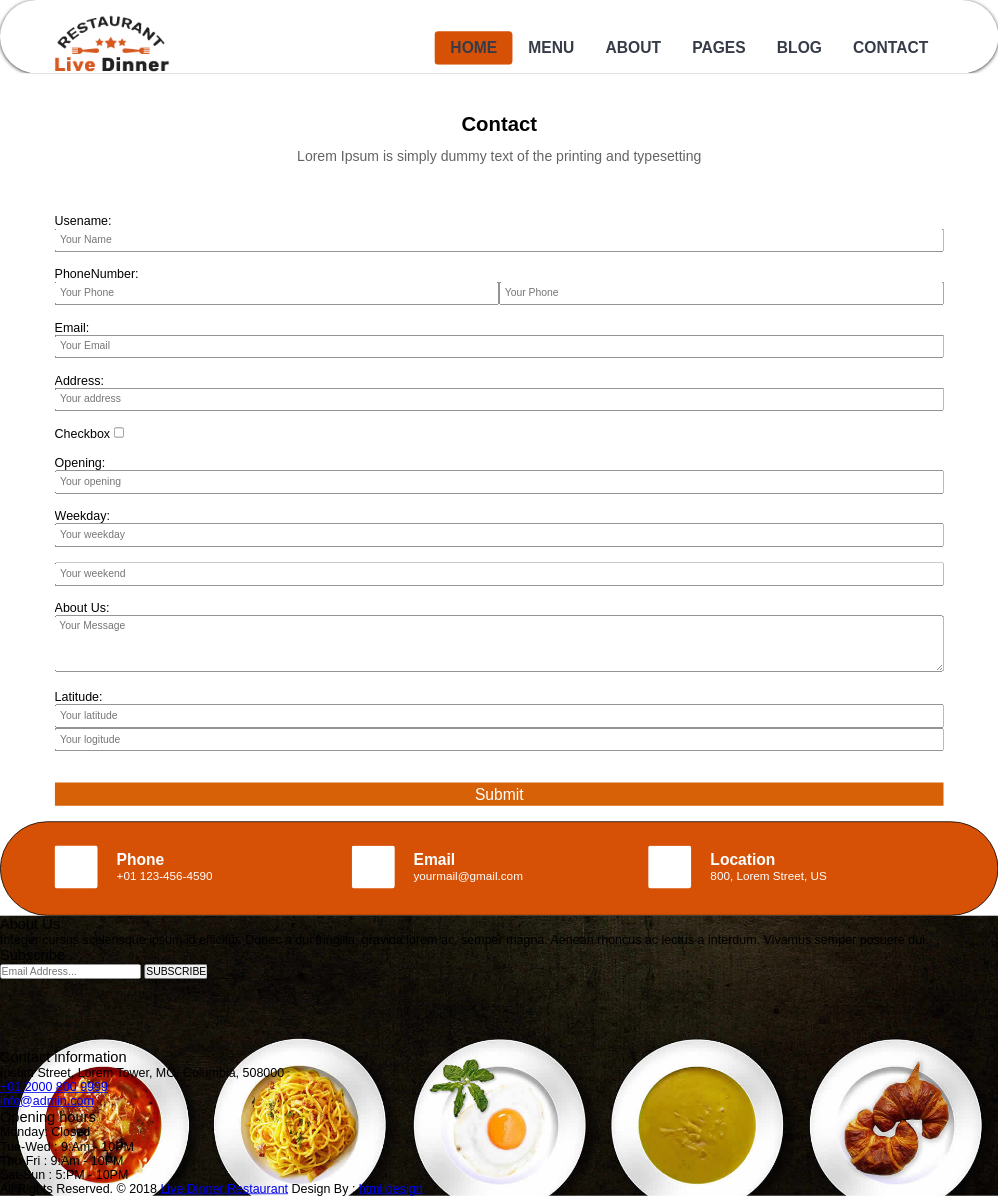
Repository: Hoa7604/kist_Java
Page: http://localhost/jdbc1/contact/list
The author's editor kept a copy of each file at every save. The page is drawn from the files as they stood at one save, then again after the next save.
The browser window is 1280 px wide. The pictures show the whole page, at 78% of full size.
The page is served by Tomcat 9. Queries for data that is not in the repository find no rows.

Above is the page before, as saved 2020-08-14 09:02:07.

After the next save:
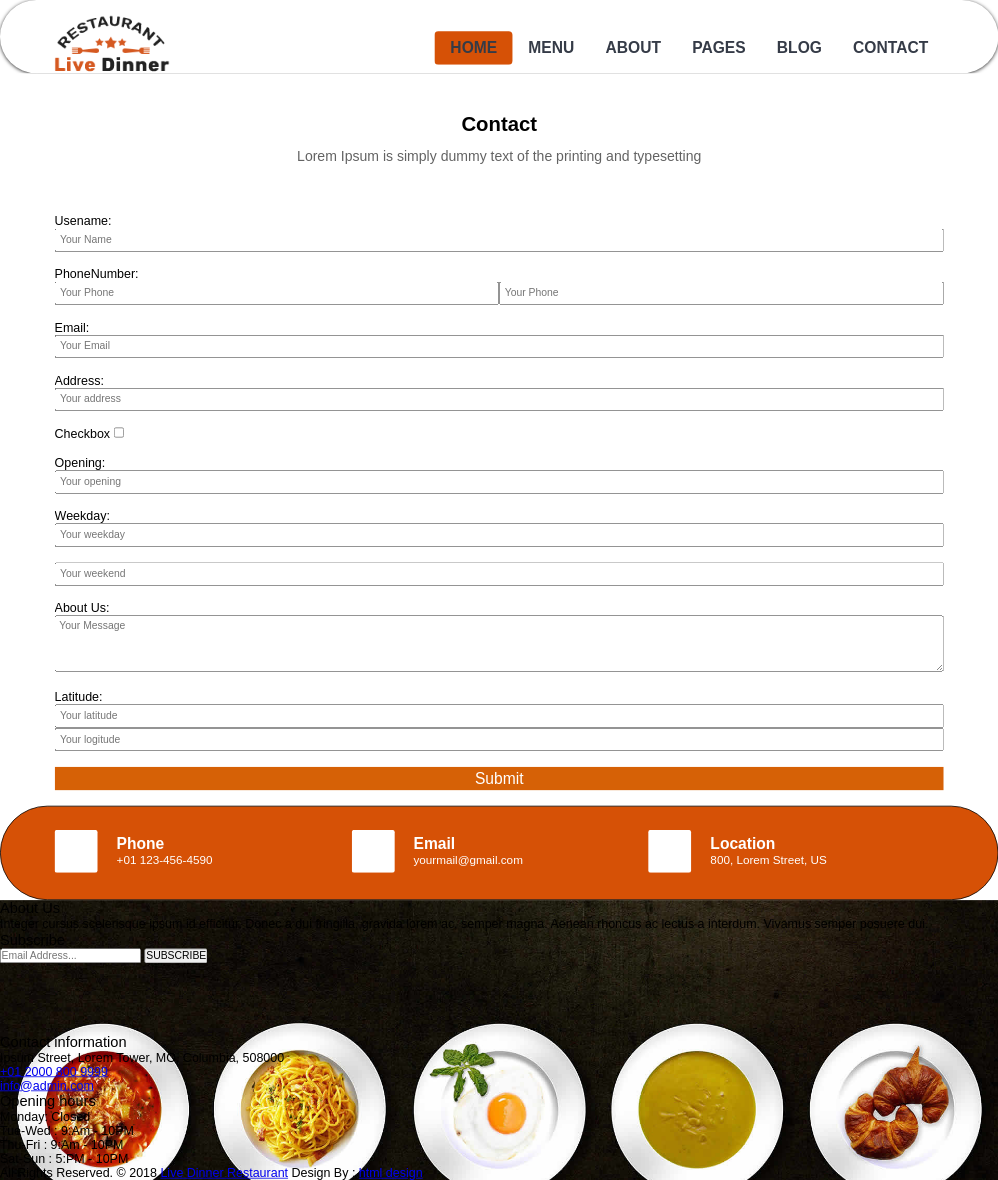
Saved 22 s later.
--- a/pho/jdbc1/WebContent/WEB-INF/views/contact.jsp
+++ b/pho/jdbc1/WebContent/WEB-INF/views/contact.jsp
@@ -180,12 +180,6 @@
 									<div ></div>
 								</div>
 							</div>
-							<div class="wrap  wrap-logitude">
-								<div class="box logitude-box">
-
-									<div ></div>
-								</div>
-							</div>
 							<div class="wrap  wrap-submit">
 								<div class="box submit-box">
 									<input type="submit" name="submit" value="Submit">
